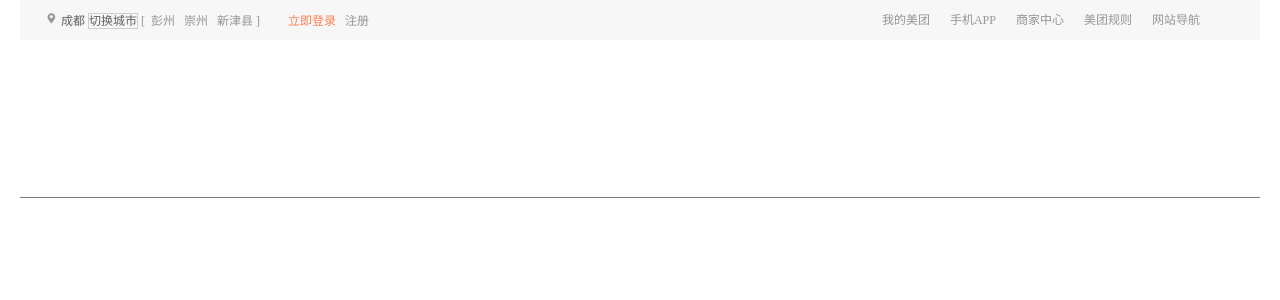
Repository: buddy-fallinlove/Meituan
Page: /
An editor plug-in stored every save of this project. The page is shown before and after the next save, followed by the edit.
The browser window is 1280 px wide. The pictures show the whole page.
The project was rebuilt for these pictures with package versions that can differ from the ones it lists, and the page was loaded fresh each time. Also part of the build but not shown: vue.config.js.

Above is the page before, as saved 2020-08-20 17:53:24.

After the next save:
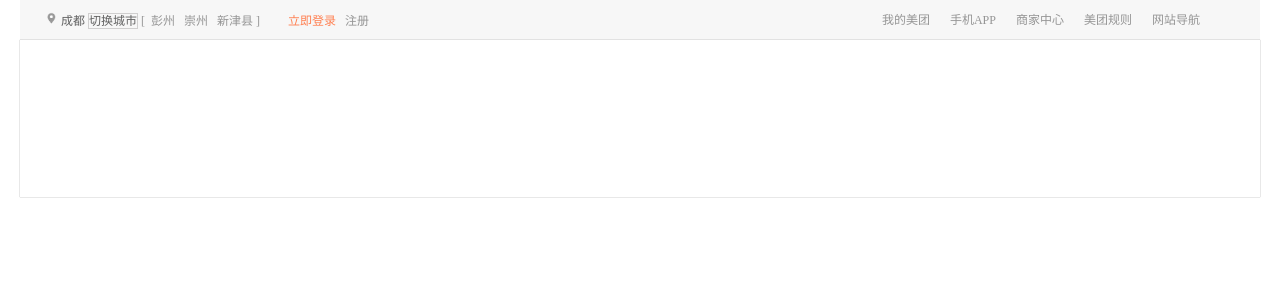
Saved 15 s later.
--- a/src/components/layout2/top.vue
+++ b/src/components/layout2/top.vue
@@ -48,6 +48,6 @@
   background-color: #ffffff;
   height: 157px;
   line-height: 157px;
-  box-shadow: 0px 1px rgb(121, 121, 121);
+  box-shadow: 0 0 1px rgb(121, 121, 121);
 }
 </style>
